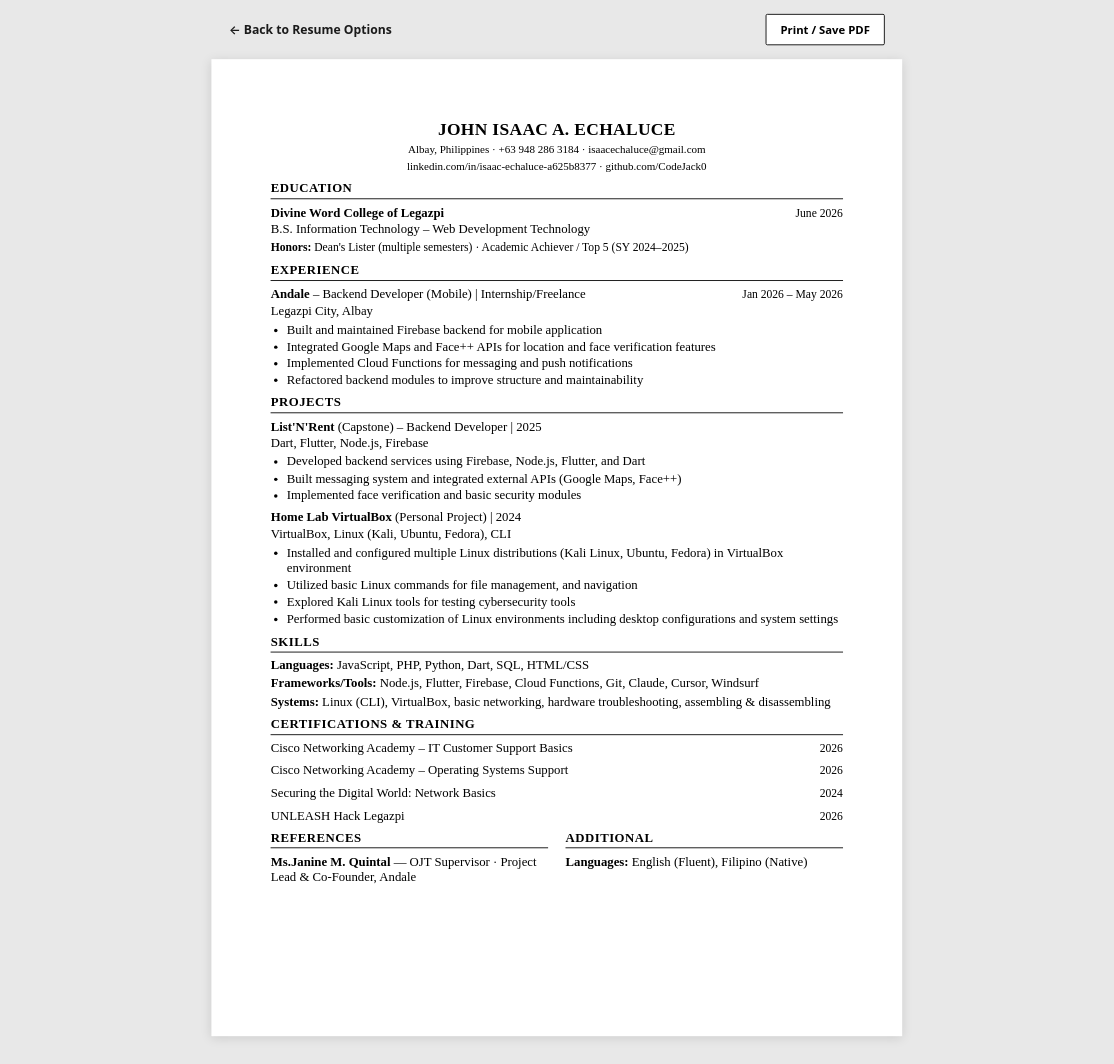
Repository: CodeJack0/Professional_Portfolio
Page: pages/resume.html
An editor plug-in stored every save of this project. The page is shown before and after the next save, followed by the edit.
The browser window is 1280 px wide. The pictures show the whole page, at 87% of full size.

Above is the page before, as saved 2026-05-30 14:01:45.

After the next save:
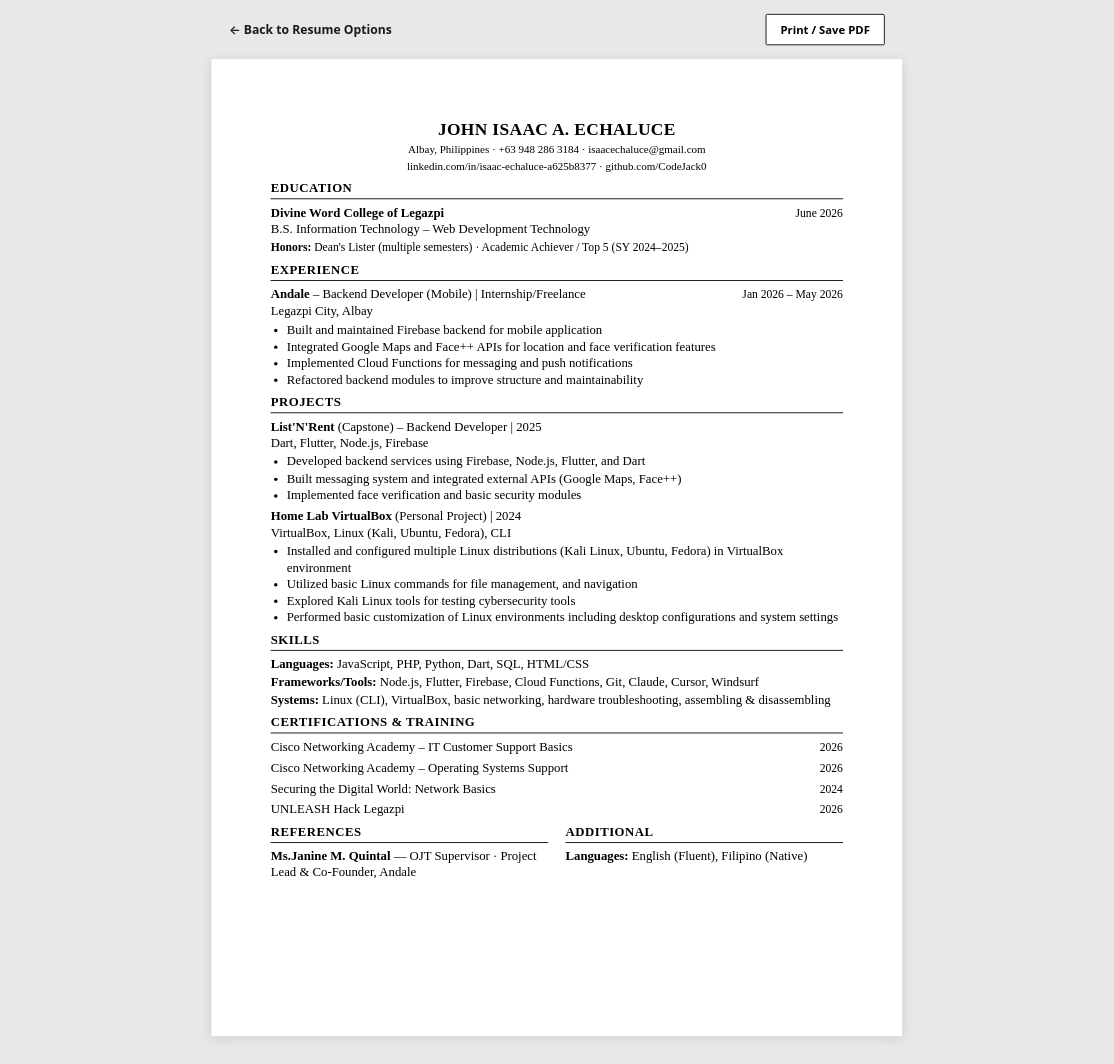
Saved 27 s later.
--- a/css/resume.css
+++ b/css/resume.css
@@ -185,7 +185,7 @@ body.resume-page {
 
 /* Entries */
 .entry {
-  margin-bottom: 0.45rem;
+  margin-bottom: 0.35rem;
 }
 
 .entry:last-child {
